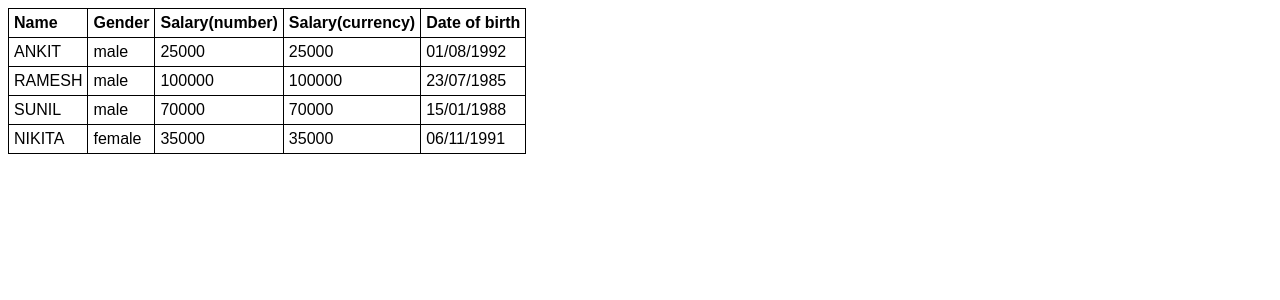
Repository: ammoreloaded/WebProjectFirst
Page: homework/WebProjectFirst/web/filterDemo.html
These files come from the project's save history. The page is drawn as it stood at one moment and after the next save; the edit follows.
The browser window is 1280 px wide. The pictures show the whole page.

Above is the page before, as saved 2016-05-19 15:08:34.

After the next save:
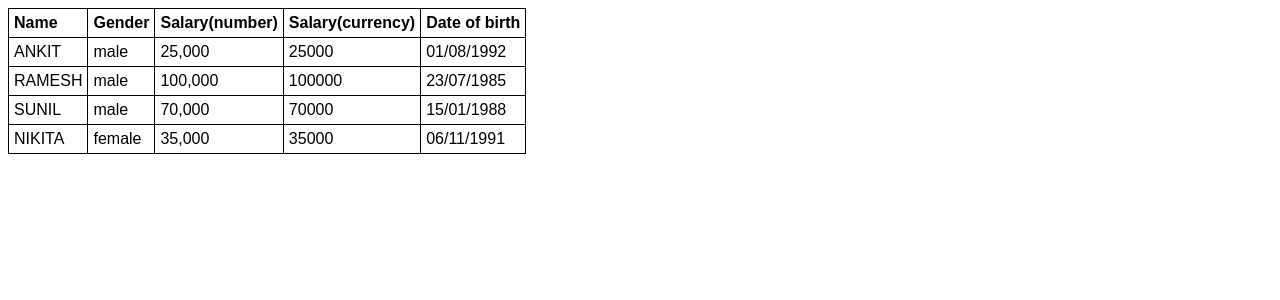
Saved 41 s later.
--- a/homework/WebProjectFirst/web/filterDemo.html
+++ b/homework/WebProjectFirst/web/filterDemo.html
@@ -21,7 +21,7 @@
 				<tr ng-repeat="employee in employees">
 					<td>{{ employee.name | uppercase}}</td>
 					<td>{{ employee.gender | lowercase }}</td>
-					<td>{{ employee.salary }}</td>
+					<td>{{ employee.salary | number}}</td>
 					<td>{{ employee.salary }}</td>
 					<td>{{ employee.dateOfBirth | date : "dd/MM/yyyy" }}</td>
 				</tr>
